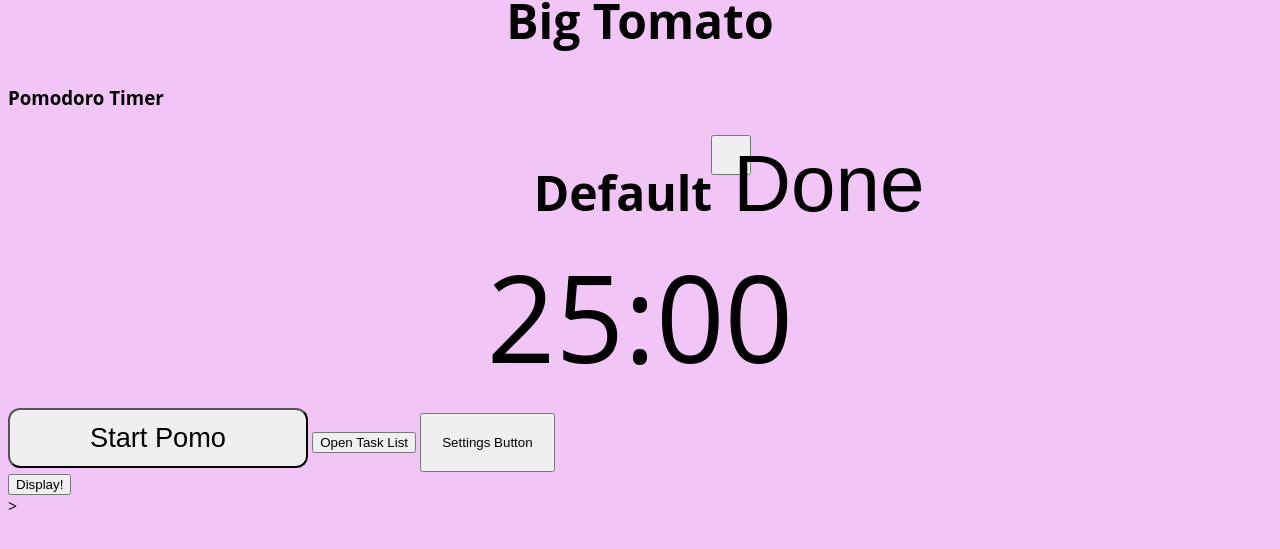
Repository: esong165/cse110-w21-group25
Page: source/index.html
These files come from the project's save history. The page is drawn as it stood at one moment and after the next save; the edit follows.
The browser window is 1280 px wide. The pictures show the whole page.

Above is the page before, as saved 2021-03-04 15:18:07.
Console error: TypeError: Cannot read properties of null (reading 'style')

After the next save:
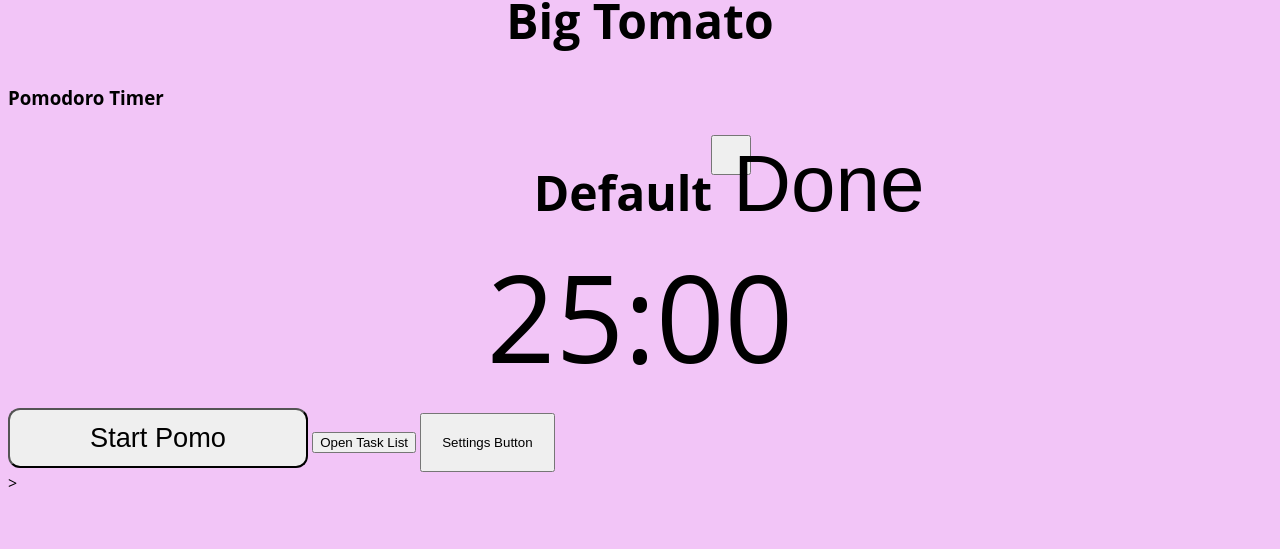
Saved 27 s later.
--- a/source/index.html
+++ b/source/index.html
@@ -60,7 +60,6 @@
 			<input type="button" onclick="getBreakLength()" value="Click Me!">
 		</form>
 
-		<input type="button" onclick="displaySettings()" value="Display!">
 
 		<form id="settingsPomoLength" style="display:none">
 			Choose the length of the one pomo:
